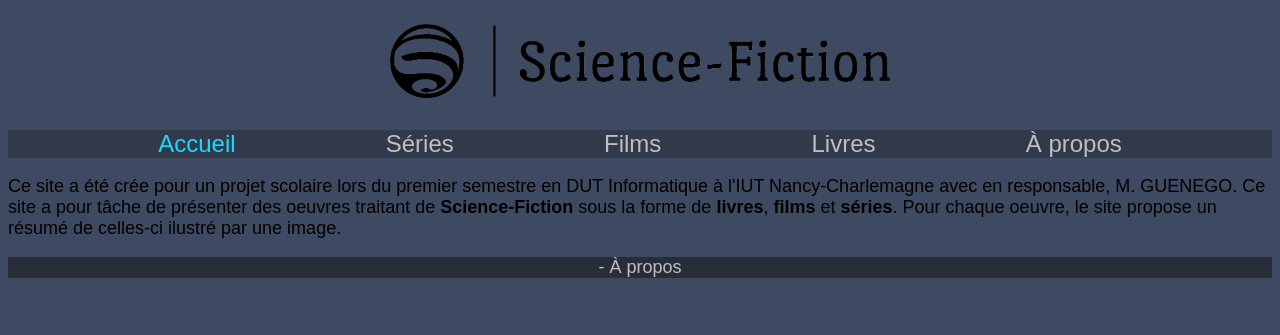
Repository: Emalios/Projet-Web
Page: index.html
The author's editor kept a copy of each file at every save. The page is drawn from the files as they stood at one save, then again after the next save.
The browser window is 1280 px wide. The pictures show the whole page.

Above is the page before, as saved 2020-11-11 18:10:46.

### index.html
<!DOCTYPE html>
<html lang="fr" dir="ltr">

<head>
  <meta charset="utf-8">
  <meta name="viewport" content="width=device-width, initial-scale=1.0">
  <title>Science-Fiction</title>
  <link rel="icon" href="images/small_icon.png" type="image/png">
  <link rel="stylesheet" href="css/common.css">
</head>

<body>
  <header>
    <img id="logo" src="images/logo_large.png" alt="logo de Science-fiction">
    <nav class="navbar">
      <a href="index.html" id="active" class="nav-link">Accueil</a>
      <a href="html/series.html" class="nav-link">Séries</a>
      <a href="html/films.html" class="nav-link">Films</a>
      <a href="html/livres.html" class="nav-link">Livres</a>
      <a href="html/a-propos.html" class="nav-link">À propos</a>
    </nav>
  </header>
  <main>
    <p>Ce site a été crée pour un projet scolaire lors du premier semestre en DUT Informatique à l'IUT Nancy-Charlemagne avec en responsable, M. GUENEGO.
      Ce site a pour tâche de présenter des oeuvres traitant de <b>Science-Fiction</b> sous la forme de <b>livres</b>, <b>films</b> et <b>séries</b>.
      Pour chaque oeuvre, le site propose un résumé de celles-ci ilustré par une image.
    </p>
  </main>
  <footer><a href="html/a-propos.html" class="footer-link">- À propos</a></footer>
</body>


</html>

### css/common.css
body {
  background-color: #3e4a61;
  font-size: 18px;
  font-family: "Source Sans Pro", sans-serif;
}

#logo {
  display: block;
  margin-left: auto;
  margin-right: auto;
  padding-top: 1rem;
  padding-bottom: 2rem;
  max-width: 500px;
}

ul {
  list-style: none outside none;
}

.navbar {
  font-size: 24px;
  display: flex;
  flex-wrap: wrap;
  justify-content: space-evenly;
  padding: 0;
  background-color: #313a4b;
}

.nav-link, .footer-link {
  text-decoration: none;
  color: #c0bebe;
}

.nav-link:hover {
  color: #19dafa;
}

#active {
  color: #19dafa !important;
}

#title {
  text-align: center;
  padding: 1rem;
}

footer {
  background-color: #272e3a;
  text-align: center;
}

@media all and (max-width: 700px) {
  #logo {
    display: block;
    margin-left: auto;
    margin-right: auto;
    padding-top: 1em;
    width: 85%;
    max-width: 500px;
  }

}

After the next save:
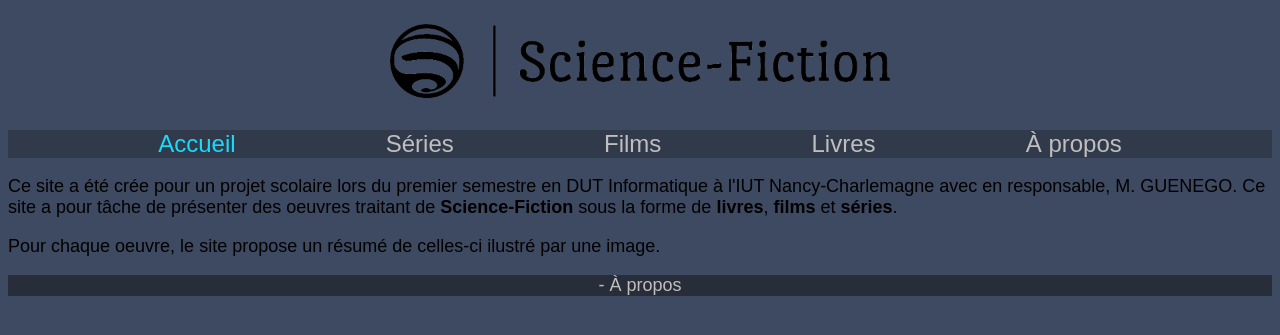
Saved 2 min 13 s later.
--- a/index.html
+++ b/index.html
@@ -23,8 +23,8 @@
   <main>
     <p>Ce site a été crée pour un projet scolaire lors du premier semestre en DUT Informatique à l'IUT Nancy-Charlemagne avec en responsable, M. GUENEGO.
       Ce site a pour tâche de présenter des oeuvres traitant de <b>Science-Fiction</b> sous la forme de <b>livres</b>, <b>films</b> et <b>séries</b>.
-      Pour chaque oeuvre, le site propose un résumé de celles-ci ilustré par une image.
     </p>
+    <p>Pour chaque oeuvre, le site propose un résumé de celles-ci ilustré par une image.</p>
   </main>
   <footer><a href="html/a-propos.html" class="footer-link">- À propos</a></footer>
 </body>
